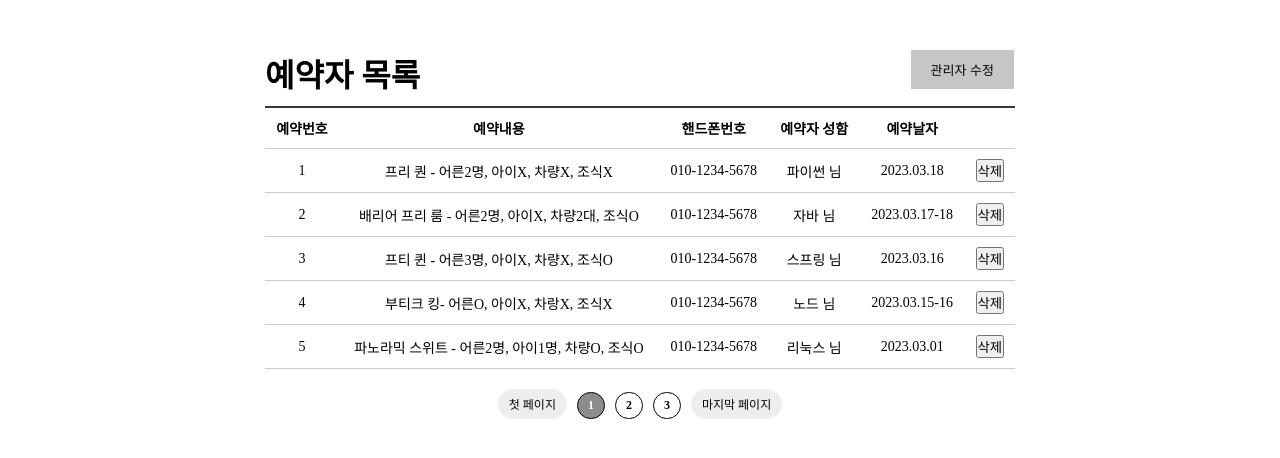
Repository: junghyunmyung/project01
Page: http://localhost/subProject/WEB-INF/views/jsp/testMainPage/reservation.jsp
An editor plug-in stored every save of this project. The page is shown before and after the next save, followed by the edit.
The browser window is 1280 px wide. The pictures show the whole page.
The page is served by Tomcat 9. Nobody is signed in. Other server files are loaded and not shown. The template is opened directly, without the code that normally fills it, so the values that code supplies are empty.

Above is the page before, as saved 2023-03-21 04:35:49.

### subProject/src/main/webapp/WEB-INF/views/jsp/testMainPage/reservation.jsp
<%@ page language="java" contentType="text/html; charset=UTF-8"
    pageEncoding="UTF-8"%>
<!DOCTYPE html>
<html>
    <head>
        <title>예약자 목록</title>
        <link rel="stylesheet" href="/resources/testMainPage/admin/css/reservation.css">
    </head>
    <body>
        <div class="board_list_wrap">
            <table class="board_list">
                <h1>예약자 목록</h1>
                <!-- <a href="../게시판/notice_board.html"> -->

                <button class="write-btn">관리자 수정</button>
                </a>
                <thead>
                    <tr>
                        <th>예약번호</th>
                        <th>예약내용</th>
                        <th>핸드폰번호</th>
                        <th>예약자 성함</th>
                        <th>예약날자</th>
                    </tr>
                </thead>
                <tbody>
                    <tr>
                        <td>1</td>

                        <td class="tit">
                            <a href="#">프리 퀀 - 어른2명, 아이X, 차량X, 조식X</a>
                        </td>
                        <td>010-1234-5678</td>
                        <td>파이썬 님</td>
                        <td>2023.03.18</td>
                        <td><button>삭제</button></td>
                    </tr>
                    <tr>
                        <td>2</td>
                        <td class="tit">
                            <a href="#">배리어 프리 룸 - 어른2명, 아이X, 차량2대, 조식O</a>
                        </td>
                        <td>010-1234-5678</td>
                        <td>자바 님</td>
                        <td>2023.03.17-18</td>
                        <td><button>삭제</button></td>
                    </tr>
                    <tr>
                        <td>3</td>
                        <td class="tit">
                            <a href="#">프티 퀸 - 어른3명, 아이X, 차량X, 조식O</a>
                        </td>
                        <td>010-1234-5678</td>
                        <td>스프링 님</td>
                        <td>2023.03.16</td>
                        <td><button>삭제</button></td>
                    </tr>
                    <tr>
                        <td>4</td>
                        <td class="tit">
                            <a href="#">부티크 킹- 어른O, 아이X, 차랑X, 조식X</a>
                        </td>
                        <td>010-1234-5678</td>
                        <td>노드 님</td>
                        <td>2023.03.15-16</td>
                        <td><button>삭제</button></td>
                    </tr>
                    <tr>
                        <td>5</td>
                        <td class="tit">
                            <a href="#">파노라믹 스위트 - 어른2명, 아이1명, 차량O, 조식O</a>
                        </td>
                        <td>010-1234-5678</td>
                        <td>리눅스 님</td>
                        <td>2023.03.01</td>
                        <td><button>삭제</button></td>
                    </tr>
                </tbody>
            </table>
            <div class="paging">
                <a href="#" class="bt">첫 페이지</a>
                <a href="#" class="num on">1</a>
                <a href="#" class="num">2</a>
                <a href="#" class="num">3</a>
                <a href="#" class="bt">마지막 페이지</a>
            </div>
        </div>
    </body>
</html>

### subProject/src/main/webapp/resources/testMainPage/admin/css/reservation.css
* {
  margin: 0;
  padding: 0;
}

table {
  border-collapse: collapse;
}

caption {
  display: none;
}

a {
  text-decoration: none;
  color: inherit;
}

.board_list_wrap {
  margin: 265px;
  margin-top: 50px;
}

.board_list {
  width: 100%;
  border-top: 2px solid rgb(53, 55, 53);
}

.board_list tr {
  border-bottom: 1px solid #ccc;
}

.board_list th,
.board_list td {
  padding: 10px;
  font-size: 14px;
}

.board_list td {
  text-align: center;
}
/*
.board_list .tit {
  text-align: left;
} */

.board_list .tit:hover {
  text-decoration: underline;
}

.board_list_wrap h1 {
  margin-bottom: 10px;
}
.board_list_wrap .paging {
  margin-top: 20px;
  text-align: center;
  font-size: 0;
}
.board_list_wrap .paging a {
  display: inline-block;
  margin-left: 10px;
  padding: 5px 10px;
  border-radius: 100px;
  font-size: 12px;
}
.board_list_wrap .paging a:first-child {
  margin-left: 0;
}

.board_list_wrap .paging a.bt {
  border: 1px solid #eee;
  background: #eee;
}

.board_list_wrap .paging a.num {
  border: 1px solid rgb(0, 0, 0);
  font-weight: 600;
  color: rgb(0, 0, 0);
}

.board_list_wrap .paging a.num.on {
  background: rgb(140, 141, 137);
  color: #fff;
}

.write-btn {
  background-color: #c6c6c6; /* 버튼 배경색 */
  border: none; /* 버튼 테두리 없음 */
  color: rgb(0, 0, 0); /* 버튼 글씨색 */
  padding: 10px 20px; /* 버튼 안쪽 여백 */
  text-align: center; /* 버튼 가운데 정렬 */
  text-decoration: none; /* 버튼 밑줄 없음 */
  display: inline-block; /* 버튼을 인라인 블록 요소로 설정 */
  font-size: 13px; /* 버튼 글씨 크기 */
  cursor: pointer; /* 버튼 커서 모양 */
  position: absolute;
  right: 266px;
  top: 50px;
}

After the next save:
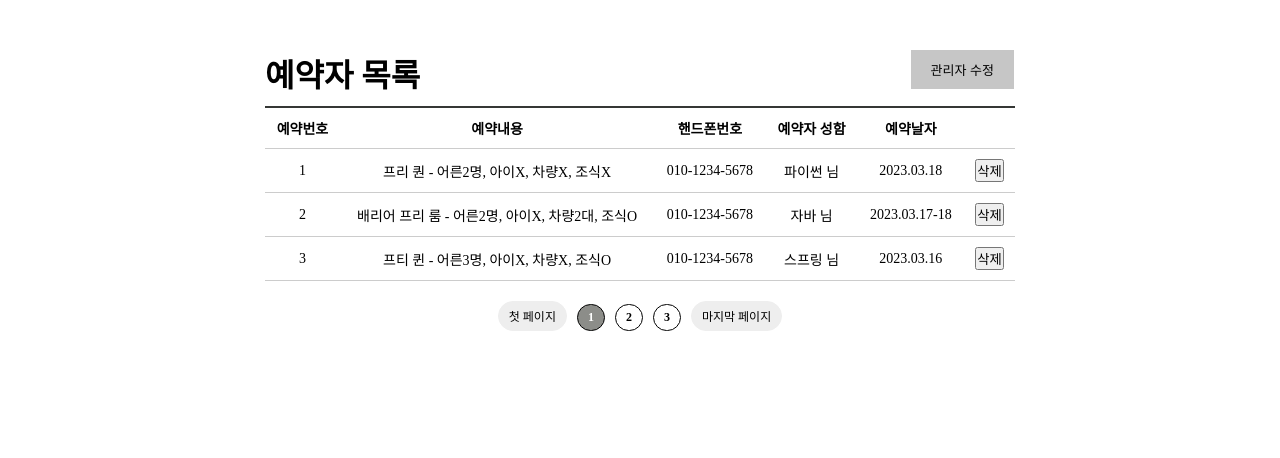
Saved 22 min 12 s later.
--- a/subProject/src/main/webapp/WEB-INF/views/jsp/testMainPage/reservation.jsp
+++ b/subProject/src/main/webapp/WEB-INF/views/jsp/testMainPage/reservation.jsp
@@ -55,26 +55,7 @@
                         <td>2023.03.16</td>
                         <td><button>삭제</button></td>
                     </tr>
-                    <tr>
-                        <td>4</td>
-                        <td class="tit">
-                            <a href="#">부티크 킹- 어른O, 아이X, 차랑X, 조식X</a>
-                        </td>
-                        <td>010-1234-5678</td>
-                        <td>노드 님</td>
-                        <td>2023.03.15-16</td>
-                        <td><button>삭제</button></td>
-                    </tr>
-                    <tr>
-                        <td>5</td>
-                        <td class="tit">
-                            <a href="#">파노라믹 스위트 - 어른2명, 아이1명, 차량O, 조식O</a>
-                        </td>
-                        <td>010-1234-5678</td>
-                        <td>리눅스 님</td>
-                        <td>2023.03.01</td>
-                        <td><button>삭제</button></td>
-                    </tr>
+
                 </tbody>
             </table>
             <div class="paging">
